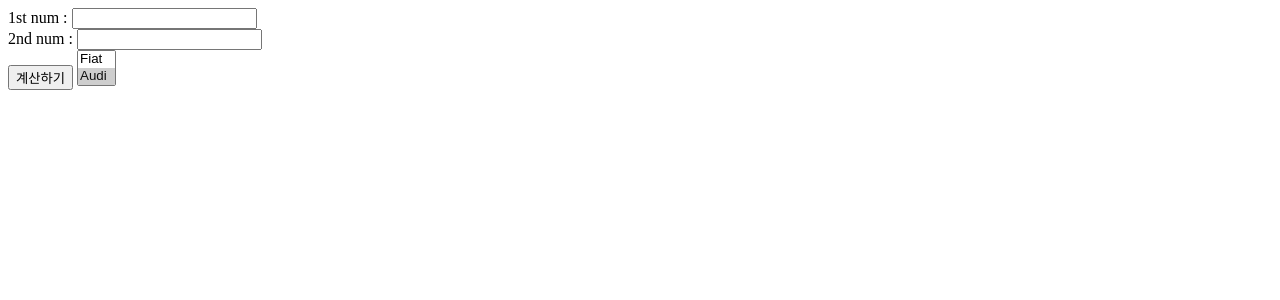
Repository: chuni90/bigdata
Page: http://localhost/tutorial_02/add_3.jsp
An editor plug-in stored every save of this project. The page is shown before and after the next save, followed by the edit.
The browser window is 1280 px wide. The pictures show the whole page.
The page is served by Tomcat 9.

Above is the page before, as saved 2019-09-23 07:47:38.

After the next save:
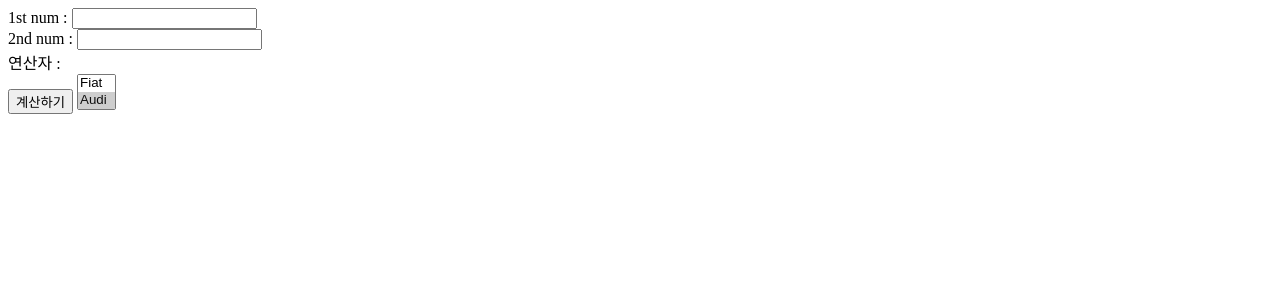
Saved 2 min 33 s later.
--- a/2. Java DB/Oracle/tutorial_02/WebContent/add_3.jsp
+++ b/2. Java DB/Oracle/tutorial_02/WebContent/add_3.jsp
@@ -12,7 +12,7 @@
 		<form action = "add_pro.jsp" method = "post"> <!-- method의 default는 get 방식이며, post로 할 경우 URL에서 쿼리가 안 보임-->
 			1st num : <input name = "num1" type = "text"/><br>
 			2nd num : <input name = "num2" type = "text"/><br>
-
+			연산자 : <br>
 			<input type = "submit" value = "계산하기"/>
 
 			<select name="cars" size="2" multiple>  <!-- size는 처음에 보여줄 개수 -->
